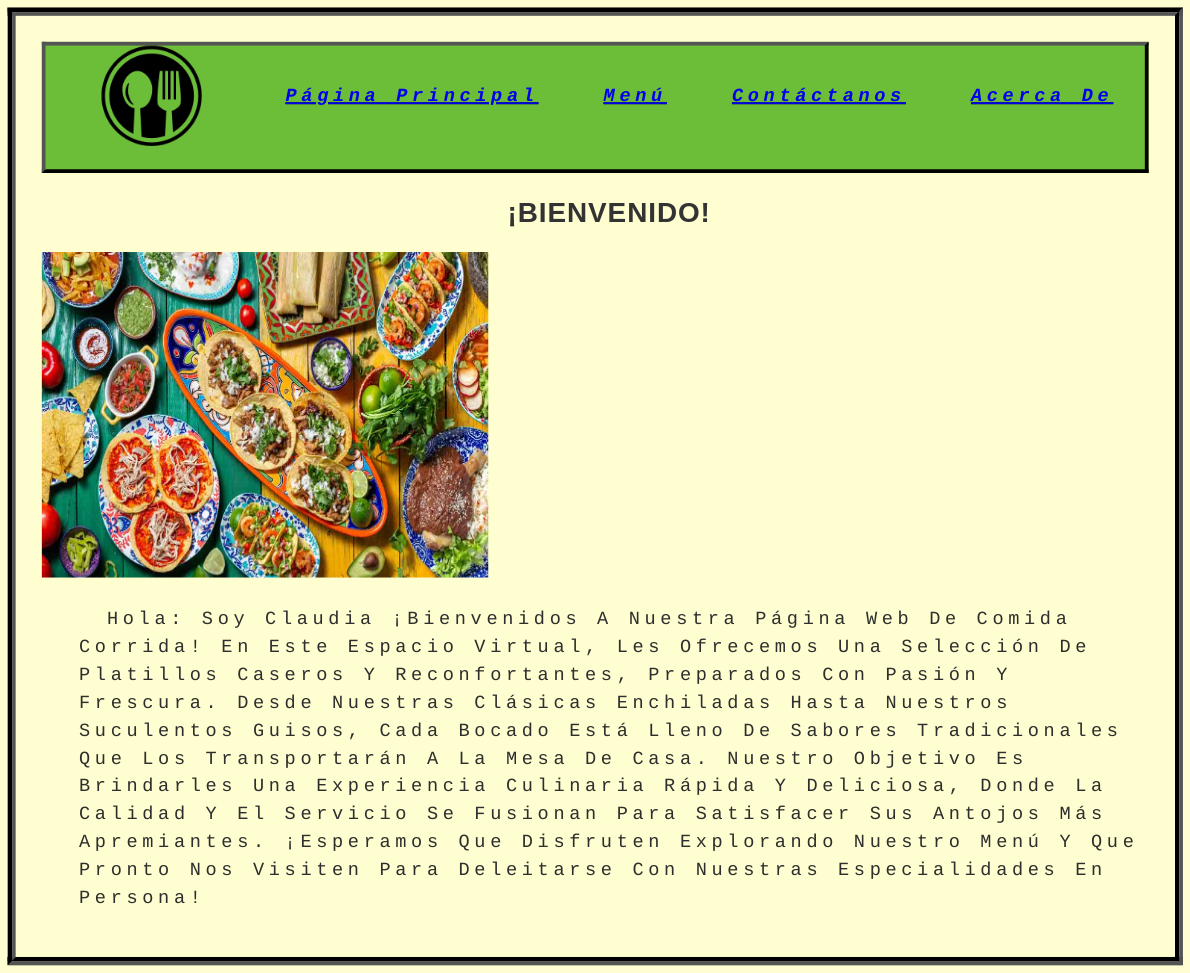
Repository: UVMCoyoacan/eq06_sitio1
Page: index.html
An editor plug-in stored every save of this project. The page is shown before and after the next save, followed by the edit.
The browser window is 1280 px wide. The pictures show the whole page, at 93% of full size.

Above is the page before, as saved 2024-03-08 10:25:21.

After the next save:
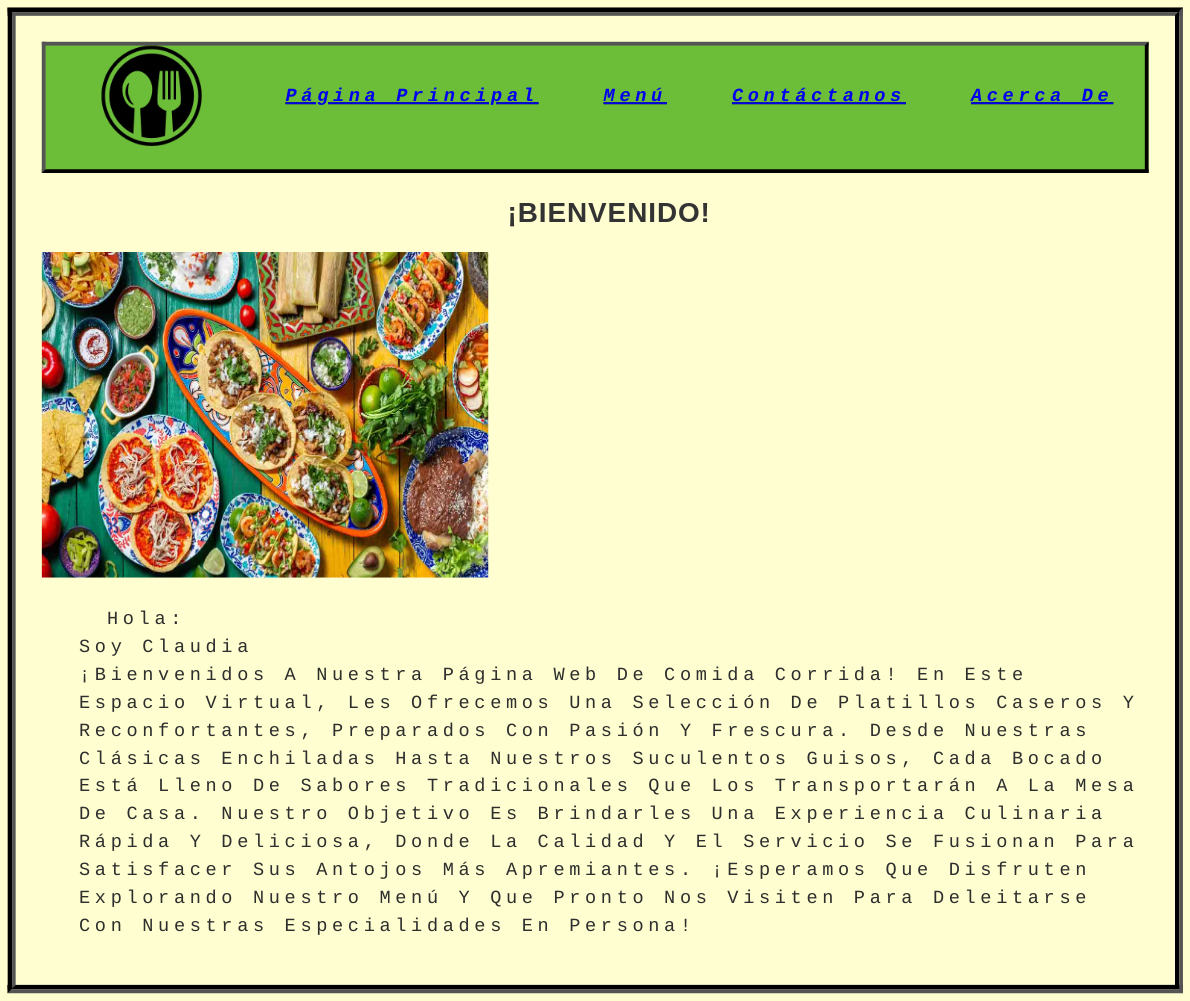
Saved 75 s later.
--- a/index.html
+++ b/index.html
@@ -23,9 +23,9 @@
         </header>
         <h2>¡Bienvenido!</h2>
         <img width="480" height="350" src="./Carpeta ims/comida.png" onclick="redirigirIndex()" style="text-align:center; cursor:pointer; text-align: center;";>
-        <ol>Hola:
+        <ol>Hola: <br>
 
-            Soy Claudia
+            Soy Claudia<br>
 
             ¡Bienvenidos a nuestra página web de comida corrida! En este espacio virtual, les ofrecemos una selección de platillos caseros y reconfortantes, preparados con pasión y frescura. Desde nuestras clásicas enchiladas hasta nuestros suculentos guisos, cada bocado está lleno de sabores tradicionales que los transportarán a la mesa de casa. Nuestro objetivo es brindarles una experiencia culinaria rápida y deliciosa, donde la calidad y el servicio se fusionan para satisfacer sus antojos más apremiantes. ¡Esperamos que disfruten explorando nuestro menú y que pronto nos visiten para deleitarse con nuestras especialidades en persona!
 
